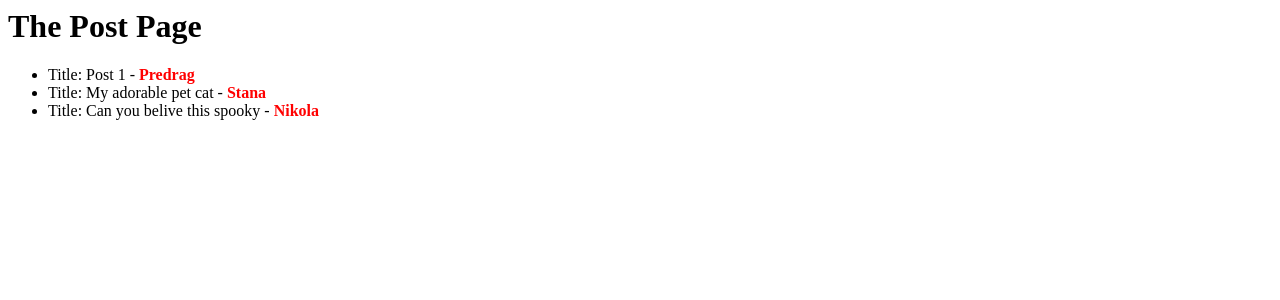
Repository: pruzic/webdevbootcamp
Page: http://localhost/posts
The author's editor kept a record of every edit. The page is drawn from the files as they stood at one moment, then again after the next edit.
The browser window is 1280 px wide. The pictures show the whole page.
The page is served by the project's Node server (MoreExpress/EJSDemo/app.js).

Above is the page before.

After the next edit:
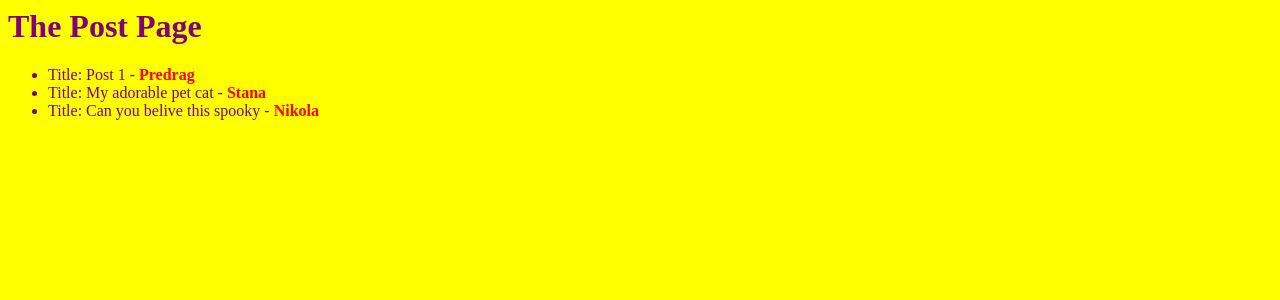
The edit:
--- a/workspace/MoreExpress/EJSDemo/views/posts.ejs
+++ b/workspace/MoreExpress/EJSDemo/views/posts.ejs
@@ -1,3 +1,6 @@
+
+<link rel="stylesheet" href="app.css">
+
 <h1>The Post Page</h1>
 <ul>
  <% posts.forEach(function(post){ %>
